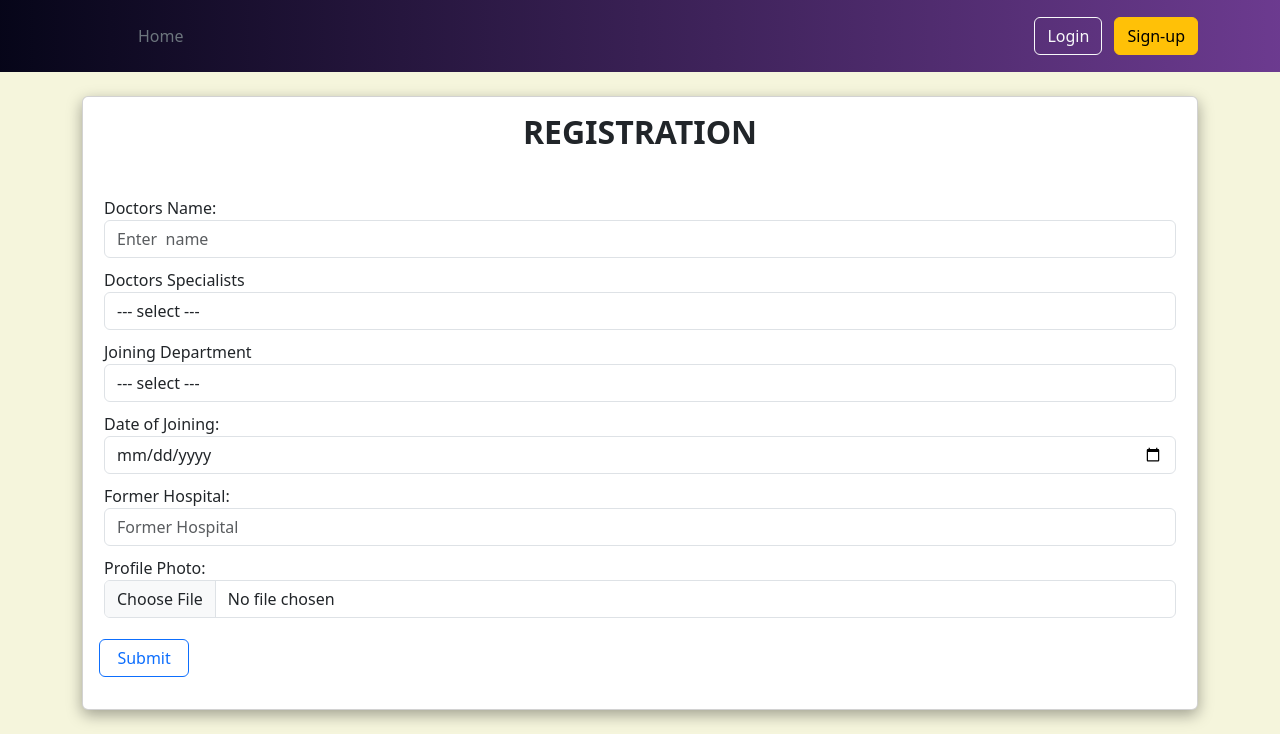
Repository: professorsourabh/php_membership
Page: index.html
An editor plug-in stored every save of this project. The page is shown before and after the next save, followed by the edit.
The browser window is 1280 px wide. The pictures show the whole page.

Above is the page before, as saved 2023-07-08 17:25:20.

After the next save:
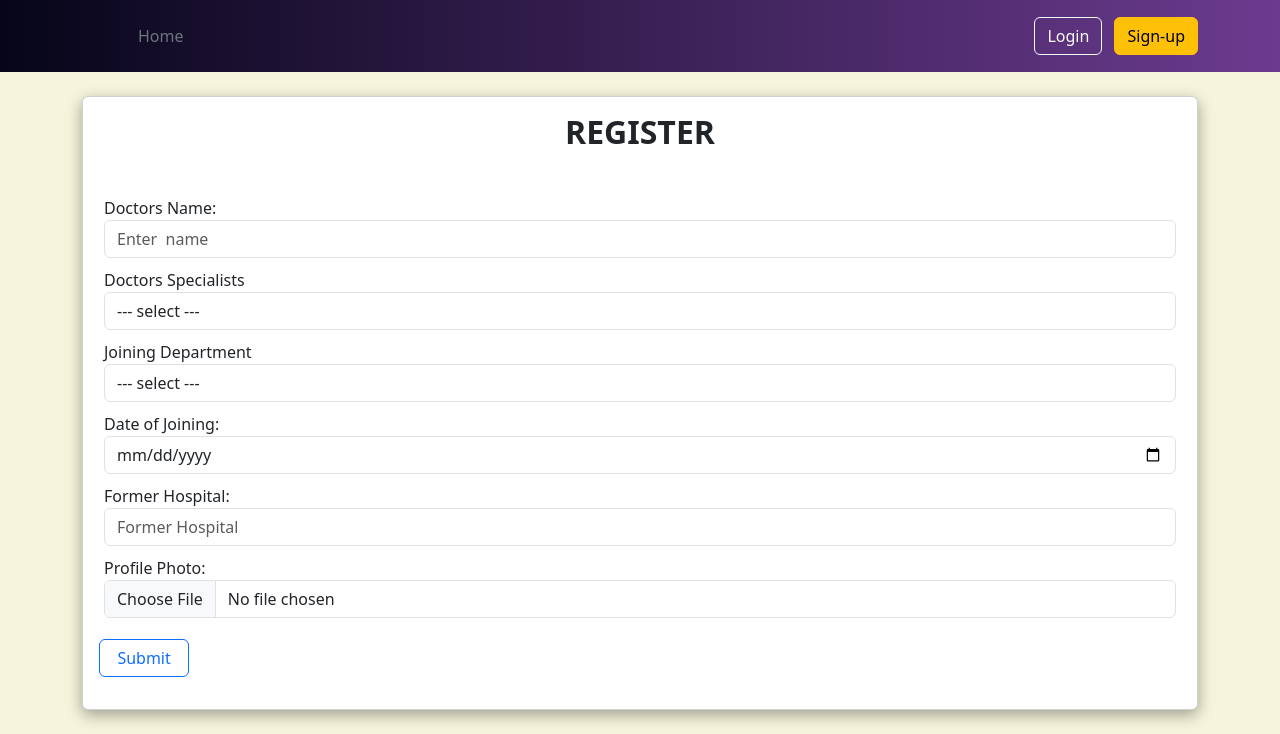
Saved 14 s later.
--- a/index.html
+++ b/index.html
@@ -30,7 +30,7 @@
       <div class="container my-4">
         <div class="card my-4" style="box-shadow: rgba(0, 0, 0, 0.35) 0px 5px 15px;">
             <div class="card-heading text-center my-3 mx-2">
-                <h2 class="text-uppercase fw-bold">Registration</h2>
+                <h2 class="text-uppercase fw-bold">Register</h2>
             </div>
             <div class="card-body">
 
